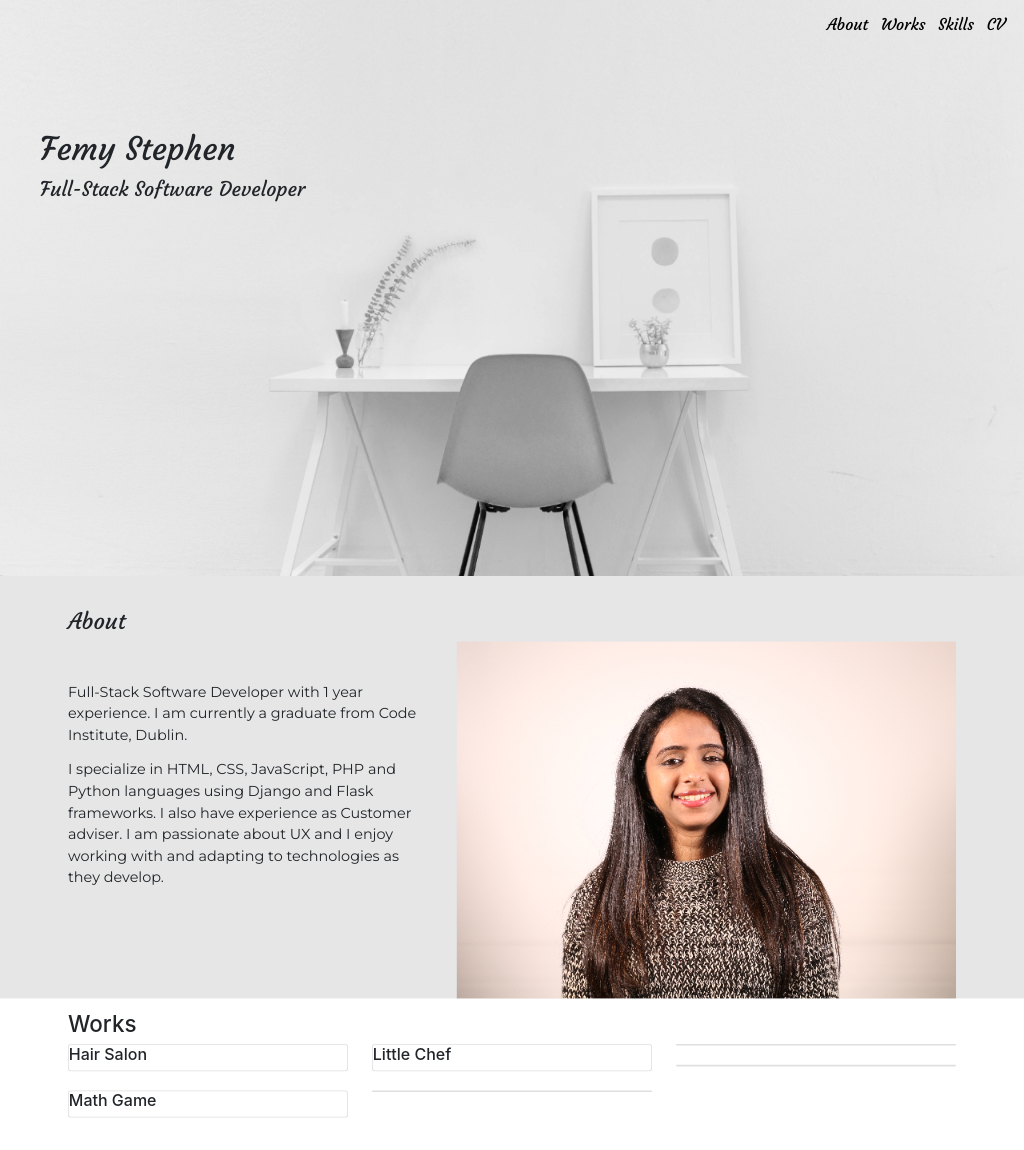
Repository: femy16/FemyStephen
Page: index.html
The author's editor kept a record of every edit. The page is drawn from the files as they stood at one moment, then again after the next edit.
The browser window is 1280 px wide. The pictures show the whole page, at 80% of full size.
Backgrounds fixed to the window are drawn as part of the page. Some web libraries are served in a nearby version.

Above is the page before.
Not found: hover.css

### index.html
<!DOCTYPE html>
<html lang="en">

<head>
    <meta charset="UTF-8">
    <meta name="viewport" content="width=device-width, initial-scale=1.0">
    <meta http-equiv="X-UA-Compatible" content="ie=edge">
    <link href="https://fonts.googleapis.com/css?family=Courgette|Kaushan+Script|Montserrat:300i&display=swap" rel="stylesheet">
    <link rel="stylesheet" href="https://use.fontawesome.com/releases/v5.3.1/css/all.css" integrity="sha384-mzrmE5qonljUremFsqc01SB46JvROS7bZs3IO2EmfFsd15uHvIt+Y8vEf7N7fWAU" crossorigin="anonymous">
    <link rel="stylesheet" href="hover.css" type="text/css" />
    <link rel="stylesheet" href="https://maxcdn.bootstrapcdn.com/bootstrap/4.0.0/css/bootstrap.min.css" integrity="sha384-Gn5384xqQ1aoWXA+058RXPxPg6fy4IWvTNh0E263XmFcJlSAwiGgFAW/dAiS6JXm" crossorigin="anonymous">
    <link rel="stylesheet" href="style.css" type="text/css" />
    <link href="https://fonts.googleapis.com/css?family=Montserrat" rel="stylesheet">
    <title>Femy Stephen</title>
</head>

<body>
    <header id="landing-view">


        <nav class="navbar navbar-expand-md navbar-masthead navbar-default navbar-fixed-top">
            <div class="container topmenu">


                <button class="navbar-toggler" type="button" data-toggle="collapse" data-target="#collapsibleNavbar">
    <span class="fa fa-bars" ></span>
  </button>
            </div>
            <div class="collapse navbar-collapse" id="collapsibleNavbar">
                <ul class="navbar-nav">
                    <li class="nav-item">
                        <a class="nav-link" href="#about">About</a>
                    </li>
                    <li class="nav-item">
                        <a class="nav-link" href="#works">Works</a>
                    </li>
                    <li class="nav-item">
                        <a class="nav-link" href="products.html">Skills</a>
                    </li>
                    <li class="nav-item">
                        <a class="nav-link" href="contac_us.html">CV</a>
                    </li>
                </ul>
            </div>
        </nav>
        <div class="headercontainer">
            <h1 class="name">Femy Stephen</h1>
            <p class="title">Full-Stack Software Developer</p>

        </div>

    </header>
    <!--<div class="spacer"></div>-->
    <main>
        <div id="about">
            <div class="container">
                <h3 class="abouthead">About</h3>
                <div class="row">
                    <p>
                        <div class="col discri">
                            <p>Full-Stack Software Developer with 1 year experience. I am currently a graduate from Code Institute, Dublin.</p>
                            <p>I specialize in HTML, CSS, JavaScript, PHP and Python languages using Django and Flask frameworks. I also have experience as Customer adviser. I am passionate about UX and I enjoy working with and adapting to technologies as
                                they develop.</p>
                        </div>
                        <div class="col"><img src="images/fmimg.JPG"></div>
                </div>
                </p>
            </div>
        </div>


        <div id="works">
            <div class="container">
                <h3 class="workshead">Works</h3>
                <div class="row">
                    <p>
                        <div class="col workbox">
                            <div class="card">
                                <h5>Hair Salon</h5>
                                </div><br />
                                <div class="card">
                                    <h5>Math Game</h5>
                                </div><br />

                        </div>
                        <div class="col">
                             <div class="card">
                                  <h5>Little Chef</h5>
                                </div><br />
                            <div class="card">
                                </div><br />
                        </div>
                        <div class="col">


                                <div class="card">
                                </div><br />
                                <div class="card">
                                </div><br />
                        </div>
                </div>
                </p>
            </div>
        </div>

    </main>

    <footer>

    </footer>



    <script src="https://code.jquery.com/jquery-3.2.1.slim.min.js" integrity="sha384-KJ3o2DKtIkvYIK3UENzmM7KCkRr/rE9/Qpg6aAZGJwFDMVNA/GpGFF93hXpG5KkN" crossorigin="anonymous"></script>
    <script src="https://cdnjs.cloudflare.com/ajax/libs/popper.js/1.12.9/umd/popper.min.js" integrity="sha384-ApNbgh9B+Y1QKtv3Rn7W3mgPxhU9K/ScQsAP7hUibX39j7fakFPskvXusvfa0b4Q" crossorigin="anonymous"></script>
    <script src="https://maxcdn.bootstrapcdn.com/bootstrap/4.0.0/js/bootstrap.min.js" integrity="sha384-JZR6Spejh4U02d8jOt6vLEHfe/JQGiRRSQQxSfFWpi1MquVdAyjUar5+76PVCmYl" crossorigin="anonymous"></script>
</body>

</html>

### style.css
.navbar {
    background-color: transparent;
    text-align:right;

}

.navbar-fixed-top .container {

    text-align: right;
    margin-right: 1%;
    margin-top: 1%;

}
#landing-view {
    background-attachment: fixed;
    background-image: url('images/landing.jpg');
    background-position: bottom;
    background-size: cover;
    height: 100vh;
    width: 100vw;
    margin-bottom: 0px;
    z-index: 1;
}

body{

    /*background-color: #fdfdfd;*/
    width: 100%;
}


/*.spacer {*/
/*    width: 100%;*/
/*    height: 170px;*/
/*}*/


.nav-link {
    font-family: 'Courgette', cursive;
    font-size: 20px;
    color: black;
    padding-left: 40px;
    padding-right: 40px;
}

/*.nav-item {*/
/*    display: inline-block;*/
/*    padding: 10px;*/
/*    padding-left: 40px;*/
/*    padding-right: 40px;*/
/*}*/
.headercontainer{
    margin-top:100px;
   padding-left: 50px;
   font-family: 'Courgette', cursive;

}
.title{
    font-size:25px;

}
.name{
    font-size:40px;
}
#about{
    background-color: #e6e6e6;
}
.abouthead{
    padding-top:40px;
    font-family: 'Courgette', cursive;
}
.discri{
    margin-top:50px;
    font-family: 'Montserrat', sans-serif;
    font-size: 18px;
}

After the next edit:
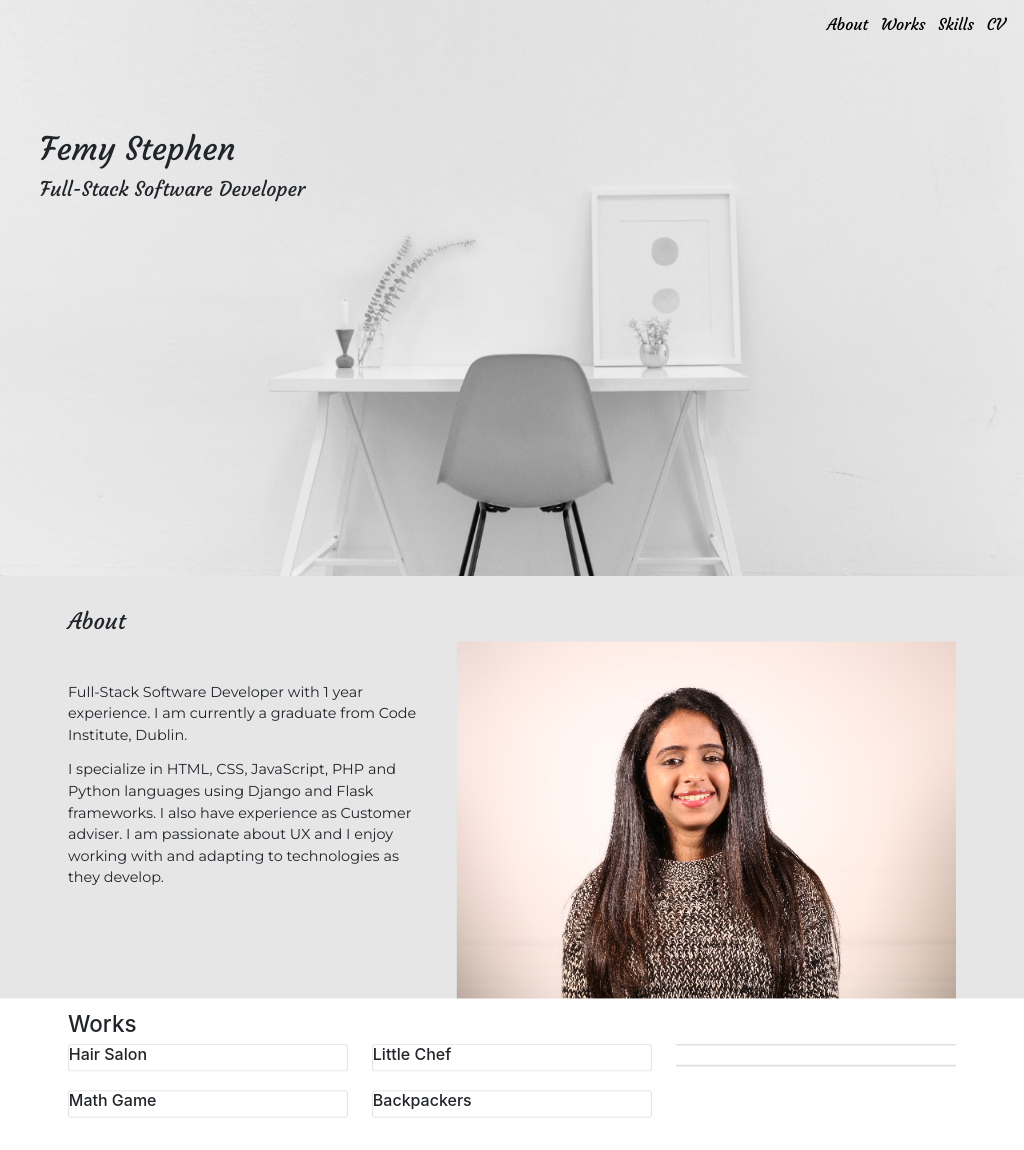
The edit:
--- a/index.html
+++ b/index.html
@@ -88,6 +88,7 @@
                                   <h5>Little Chef</h5>
                                 </div><br />
                             <div class="card">
+                                <h5>Backpackers</h5>
                                 </div><br />
                         </div>
                         <div class="col">
